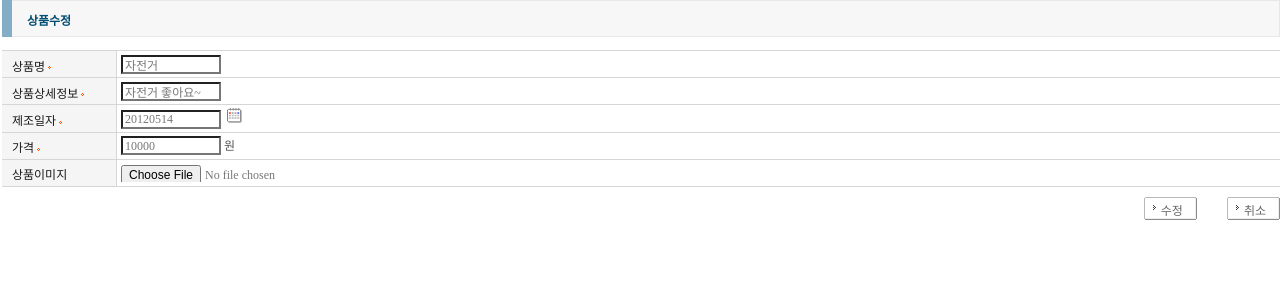
Repository: Jomiyeon1/Model2MVCShop
Page: 01.Model2MVCShop(stu)/src/main/webapp/product/상품등록.html
These files come from the project's save history. The page is drawn as it stood at one moment and after the next save; the edit follows.
The browser window is 1280 px wide. The pictures show the whole page.

Above is the page before, as saved 2022-03-24 07:31:02.

After the next save:
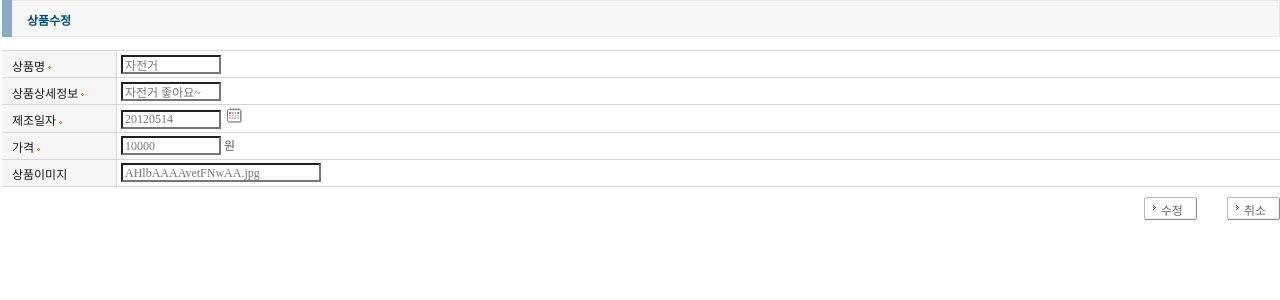
Saved 64 s later.
--- a/01.Model2MVCShop(stu)/src/main/webapp/product/상품등록.html
+++ b/01.Model2MVCShop(stu)/src/main/webapp/product/상품등록.html
@@ -137,7 +137,7 @@ function fncAddProduct(){
 		<td width="104" class="ct_write">상품이미지</td>
 		<td bgcolor="D6D6D6" width="1"></td>
 		<td class="ct_write01">
-			<input	type="file" name="fileName" class="ct_input_g"
+			<input	type="text" name="fileName" class="ct_input_g"
 						style="width: 200px; height: 19px" maxLength="13" value="AHlbAAAAvetFNwAA.jpg"/>
 		</td>
 	</tr>
